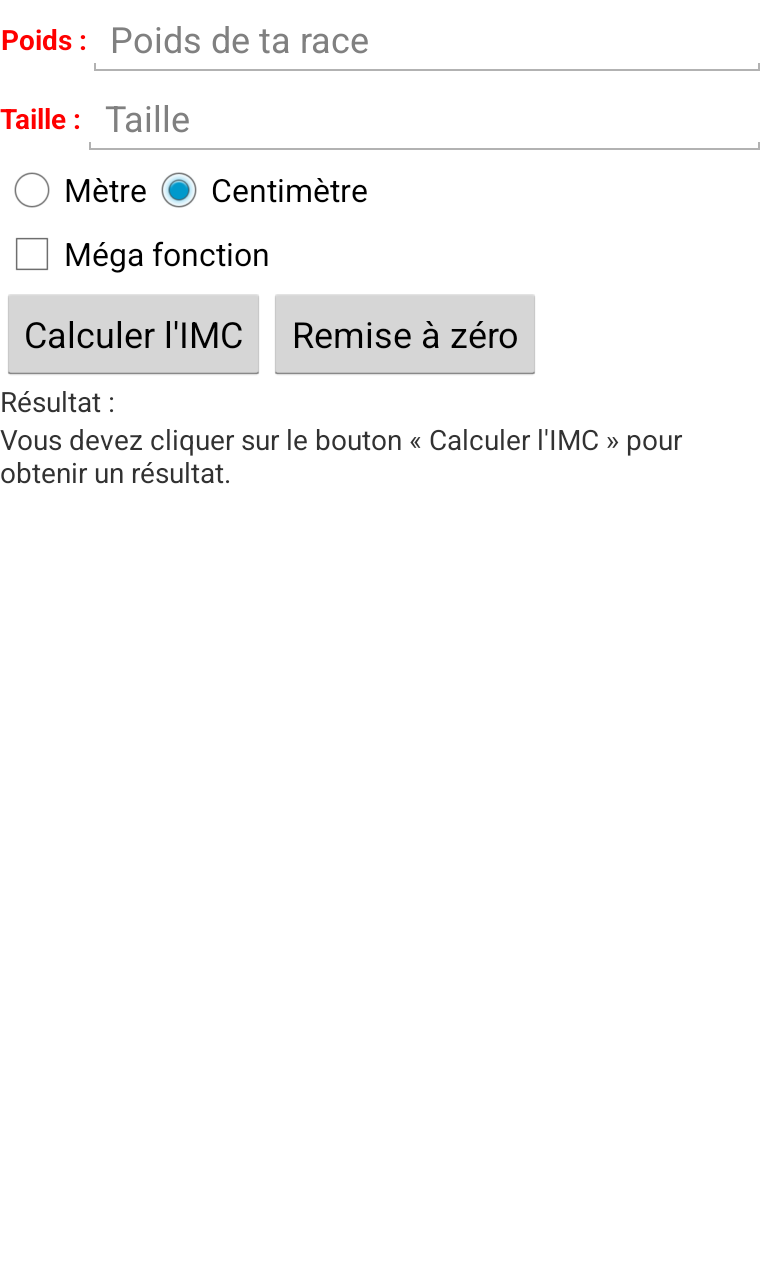
Repository: BlackyFox/PST4-NFC
Layout: Antoine/App_test/res/layout/activity_main.xml
An editor plug-in stored every save of this project. The layout is shown before and after the next save, followed by the edit.
It is drawn on a 768 x 1280 px phone screen (xhdpi) without system bars, with theme AppTheme; the app's code is not run.

Above is the layout before, as saved 2014-11-03 14:36:39.

### Antoine/App_test/res/layout/activity_main.xml
<?xml version="1.0" encoding="utf-8"?>
<LinearLayout xmlns:android="http://schemas.android.com/apk/res/android"
  android:layout_width="fill_parent"
  android:layout_height="fill_parent"
  android:orientation="vertical">
  <LinearLayout
      android:layout_width="fill_parent"
      android:layout_height="wrap_content"
      android:orientation="horizontal">

      <TextView
          android:layout_width="wrap_content"
          android:layout_height="fill_parent"
          android:text="@string/poids"
          android:textStyle="bold"
          android:textColor="#FF0000"
          android:gravity="center"/>
      <EditText
          android:id="@+id/poids"
          android:layout_width="fill_parent"
          android:layout_height="wrap_content"
          android:hint="@string/hint_poids"
          android:inputType="numberDecimal"/>
  </LinearLayout>

    <LinearLayout
      android:layout_width="fill_parent"
      android:layout_height="wrap_content"
      android:orientation="horizontal">

        <TextView
          android:layout_width="wrap_content"
          android:layout_height="fill_parent"
          android:text="@string/taille"
          android:textStyle="bold"
          android:textColor="#FF0000"
          android:gravity="center"/>
        <EditText
          android:id="@+id/taille"
          android:layout_width="fill_parent"
          android:layout_height="wrap_content"
          android:hint="@string/hint_taille"
          android:inputType="numberDecimal"/>
    </LinearLayout>
  <!-- <TextView
    android:layout_width="fill_parent"
    android:layout_height="wrap_content"
    android:text="@string/poids"
    android:textStyle="bold"
    android:textColor="#FF0000"
    android:gravity="center"
  />
  <EditText
    android:id="@+id/poids"
    android:layout_width="fill_parent"
    android:layout_height="wrap_content"
    android:hint="@string/hint_poids"
    android:inputType="numberDecimal"
  />
  <TextView
    android:layout_width="fill_parent"
    android:layout_height="wrap_content"
    android:text="@string/taille"
    android:textStyle="bold"
    android:textColor="#FF0000"
    android:gravity="center"
  />
  <EditText
    android:id="@+id/taille"
    android:layout_width="fill_parent"
    android:layout_height="wrap_content"
    android:hint="@string/hint_taille"
    android:inputType="numberDecimal"
  />-->
  <RadioGroup
    android:id="@+id/group"
    android:layout_width="wrap_content"
    android:layout_height="wrap_content"
    android:checkedButton="@+id/radio2"
    android:orientation="horizontal"
  >
    <RadioButton
      android:id="@+id/radio1"
      android:layout_width="wrap_content"
      android:layout_height="wrap_content"
      android:text="@string/m"
    />
    <RadioButton
      android:id="@+id/radio2"
      android:layout_width="wrap_content"
      android:layout_height="wrap_content"
      android:text="@string/cm"
    />
  </RadioGroup>
  <CheckBox
    android:id="@+id/mega"
    android:layout_width="wrap_content"
    android:layout_height="wrap_content"
    android:text="@string/mega"
  />
  <LinearLayout
      android:layout_width="fill_parent"
      android:layout_height="wrap_content"
      android:orientation="horizontal">

      <Button
          android:id="@+id/calcul"
          android:layout_width="wrap_content"
          android:layout_height="wrap_content"
          android:text="@string/calcul"/>
      <Button
          android:id="@+id/raz"
          android:layout_width="wrap_content"
          android:layout_height="wrap_content"
          android:text="@string/raz"/>
  </LinearLayout>
  <!-- <Button
    android:id="@+id/calcul"
    android:layout_width="wrap_content"
    android:layout_height="wrap_content"
    android:text="@string/calcul"
  />
  <Button
    android:id="@+id/raz"
    android:layout_width="wrap_content"
    android:layout_height="wrap_content"
    android:text="@string/raz"
  />-->
  <TextView
    android:layout_width="wrap_content"
    android:layout_height="wrap_content"
    android:text="@string/resultat"
  />
  <TextView
    android:id="@+id/result"
    android:layout_width="fill_parent"
    android:layout_height="fill_parent"
    android:text="@string/result"
  />
</LinearLayout>

### Antoine/App_test/res/values/strings.xml
<?xml version="1.0" encoding="utf-8"?>
<resources>

    <string name="app_name">App_test</string>
    <string name="hello_world">Hello world!</string>
    <string name="action_settings">Settings</string>
    <string name="poids">Poids :</string>
    <string name="hint_poids">Poids de ta race</string>
    <string name="result">Vous devez cliquer sur le bouton « Calculer l\'IMC » pour obtenir un résultat.</string>
    <string name="resultat">Résultat : </string>
    <string name="raz">Remise à zéro</string>
    <string name="calcul">Calculer l\'IMC</string>
    <string name="mega">Méga fonction</string>
    <string name="cm">Centimètre</string>
    <string name="m">Mètre</string>
    <string name="taille">Taille :</string>
    <string name="hint_taille">Taille</string>

</resources>

Loaded but not shown: Antoine/App_test/res/values/styles.xml (common file); Antoine/App_test/res/values-v11/styles.xml (common file); Antoine/App_test/res/values-v14/styles.xml (common file)

After the next save:
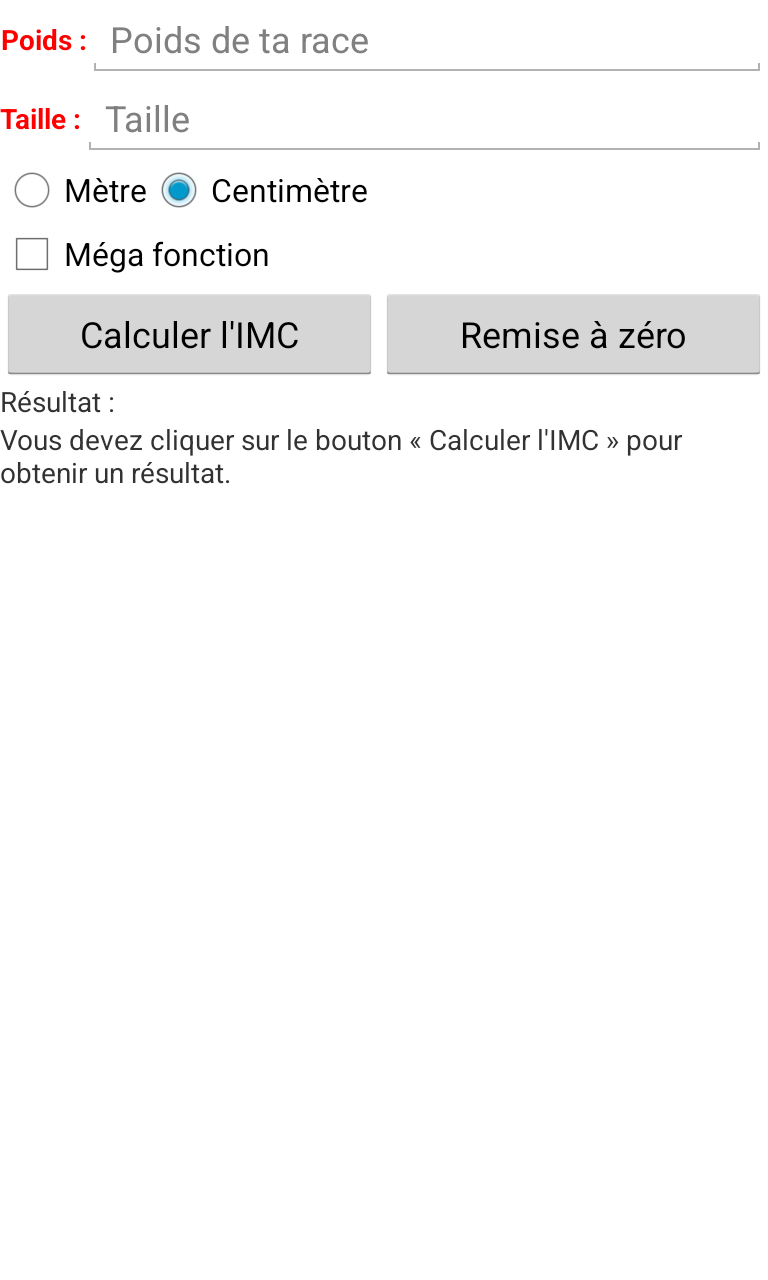
Saved 61 s later.
--- a/Antoine/App_test/res/layout/activity_main.xml
+++ b/Antoine/App_test/res/layout/activity_main.xml
@@ -107,12 +107,14 @@
           android:id="@+id/calcul"
           android:layout_width="wrap_content"
           android:layout_height="wrap_content"
-          android:text="@string/calcul"/>
+          android:text="@string/calcul"
+          android:layout_weight="1"/>
       <Button
           android:id="@+id/raz"
           android:layout_width="wrap_content"
           android:layout_height="wrap_content"
-          android:text="@string/raz"/>
+          android:text="@string/raz"
+          android:layout_weight="1"/>
   </LinearLayout>
   <!-- <Button
     android:id="@+id/calcul"
